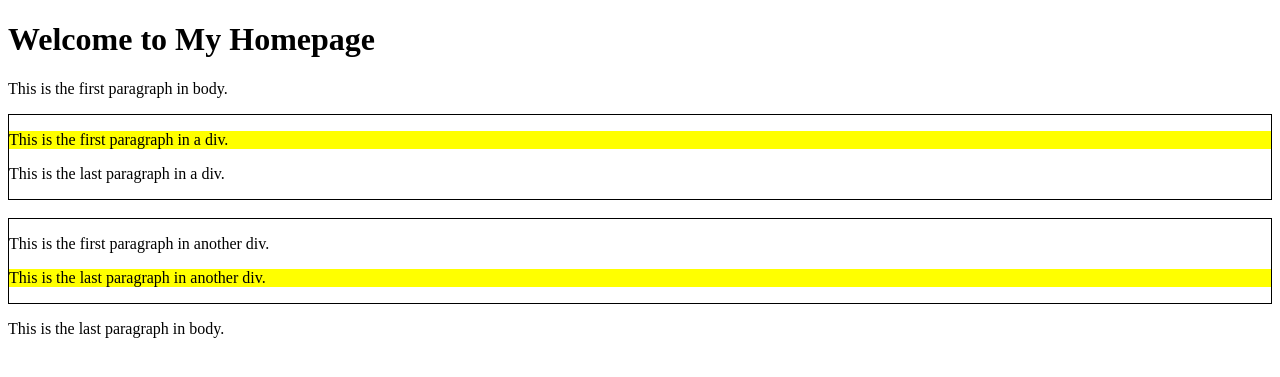
Repository: sudheerj/jQuery
Page: jQueryExamples/chapter03/Filtering.html
An editor plug-in stored every save of this project. The page is shown before and after the next save, followed by the edit.
The browser window is 1280 px wide. The pictures show the whole page.

Above is the page before, as saved 2016-10-21 03:47:28.

### jQueryExamples/chapter03/Filtering.html
<!DOCTYPE html>
<head>
	<title>jQuery Descendants</title>
	<script type="text/javascript" src="..\jquery\jquery-3.1.1.min.js"></script>

	<script>
		$(document).ready(function() {
			$("div p").first().css("background-color", "yellow");
			$("div p").last().css("background-color", "yellow");
			$("p").eq(1).css("background-color", "yellow");
		});
	</script>
</head>
<body>

	<h1>Welcome to My Homepage</h1>

	<p>
		This is the first paragraph in body.
	</p>

	<div style="border: 1px solid black;">
		<p>
			This is the first paragraph in a div.
		</p>
		<p>
			This is the last paragraph in a div.
		</p>
	</div>
	<br>

	<div style="border: 1px solid black;">
		<p class="intro">
			This is the first paragraph in another div.
		</p>
		<p class="intro">
			This is the last paragraph in another div.
		</p>
	</div>

	<p>
		This is the last paragraph in body.
	</p>
</body>
</html>

Loaded but not shown: jQueryExamples/jquery/jquery-3.1.1.min.js (library)

After the next save:
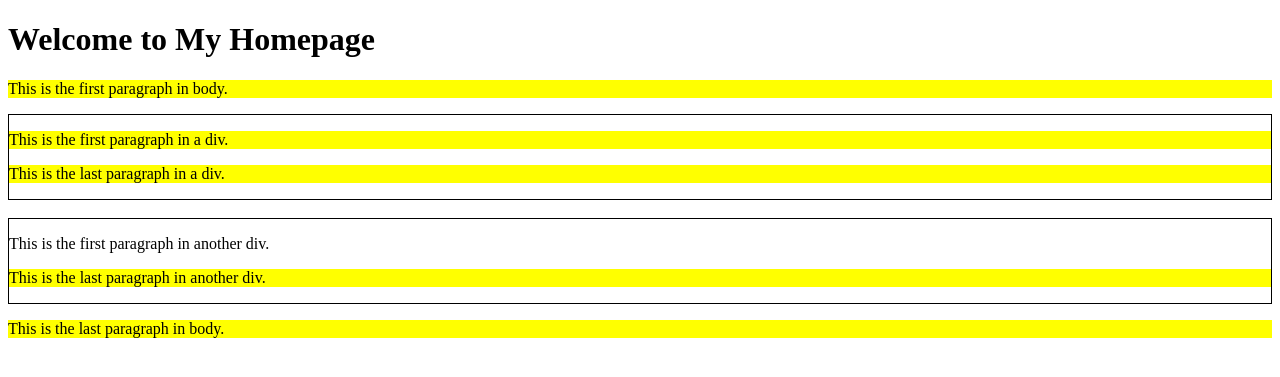
Saved 53 s later.
--- a/jQueryExamples/chapter03/Filtering.html
+++ b/jQueryExamples/chapter03/Filtering.html
@@ -8,6 +8,7 @@
 			$("div p").first().css("background-color", "yellow");
 			$("div p").last().css("background-color", "yellow");
 			$("p").eq(1).css("background-color", "yellow");
+			 $("p").not(".intro").css("background-color", "yellow");
 		});
 	</script>
 </head>
